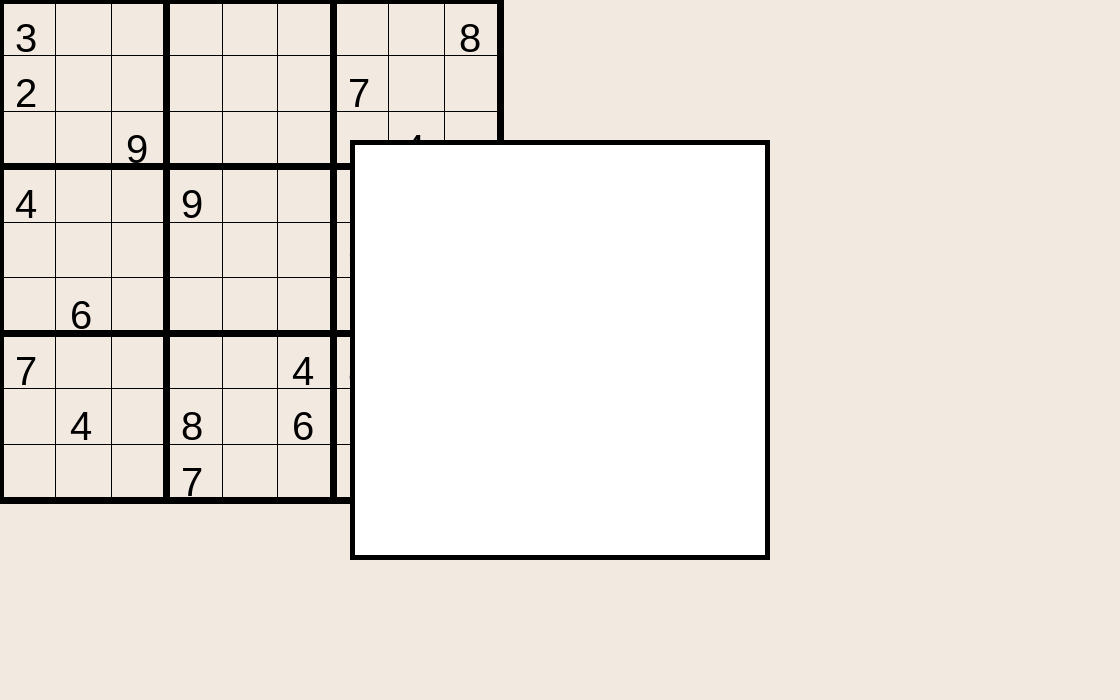
Repository: JensVL96/Puzzle-solver-for-fun
Script's output: python sudoku.py
The author's editor kept a copy of each file at every save. The script's output is drawn from the files as they stood at one save, then again after the next save.
The window is shown after at most 60 frames with no key pressed. A system font it names is replaced by a similar one. Random numbers start from a fixed seed.

Above is the script's output before, as saved 2020-10-29 19:20:39.

After the next save:
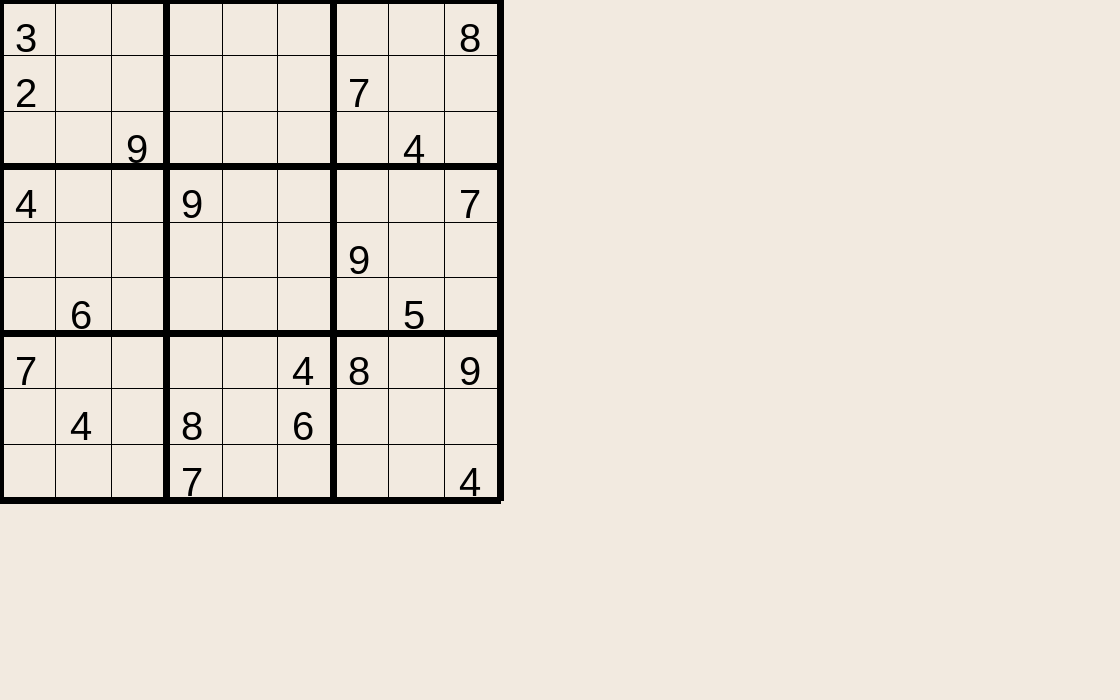
Saved 47 s later.
--- a/sudoku.py
+++ b/sudoku.py
@@ -276,7 +276,7 @@ class Main():
             self.screen.fill(BEIGE)
 
             display.draw(self.board)
-            display.draw_box()
+            # display.draw_box()
 
             pg.display.update()
 
